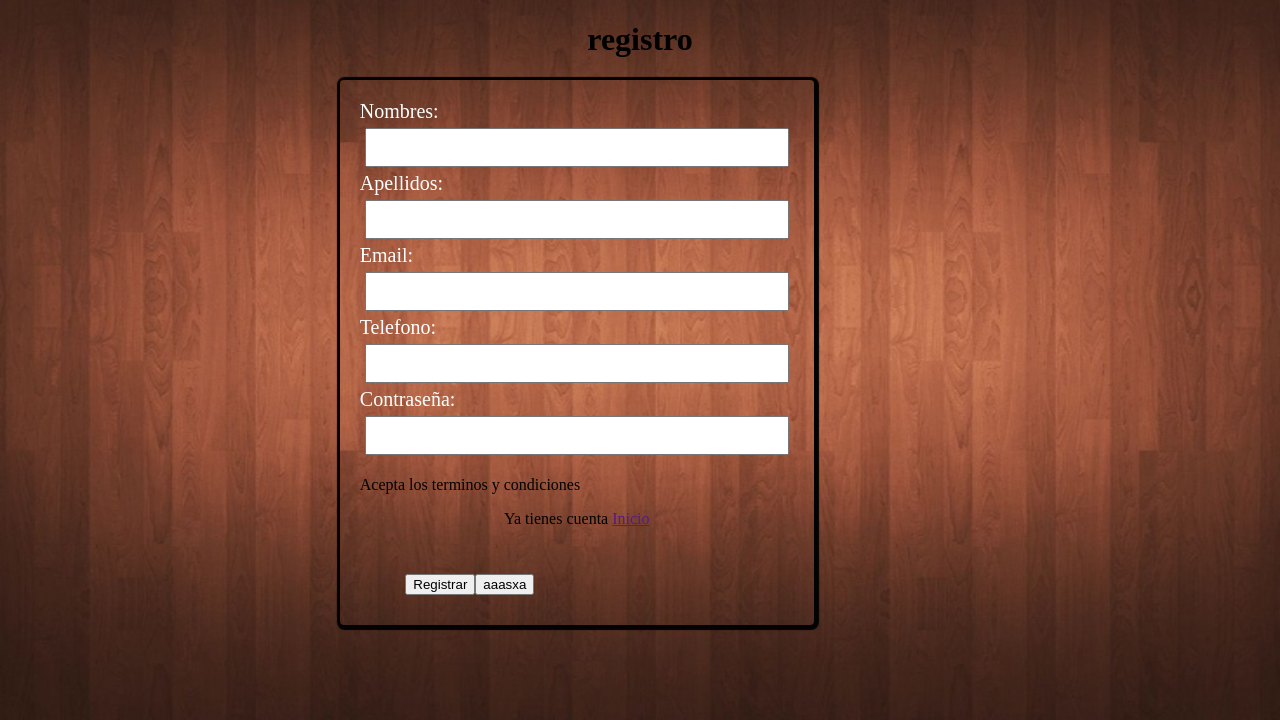
Repository: ye909/aplicacion_restaurante
Page: public/templeis/registro.html
These files come from the project's save history. The page is drawn as it stood at one moment and after the next save; the edit follows.
The browser window is 1280 px wide. The pictures show the whole page.

Above is the page before, as saved 2024-11-12 21:53:35.

After the next save:
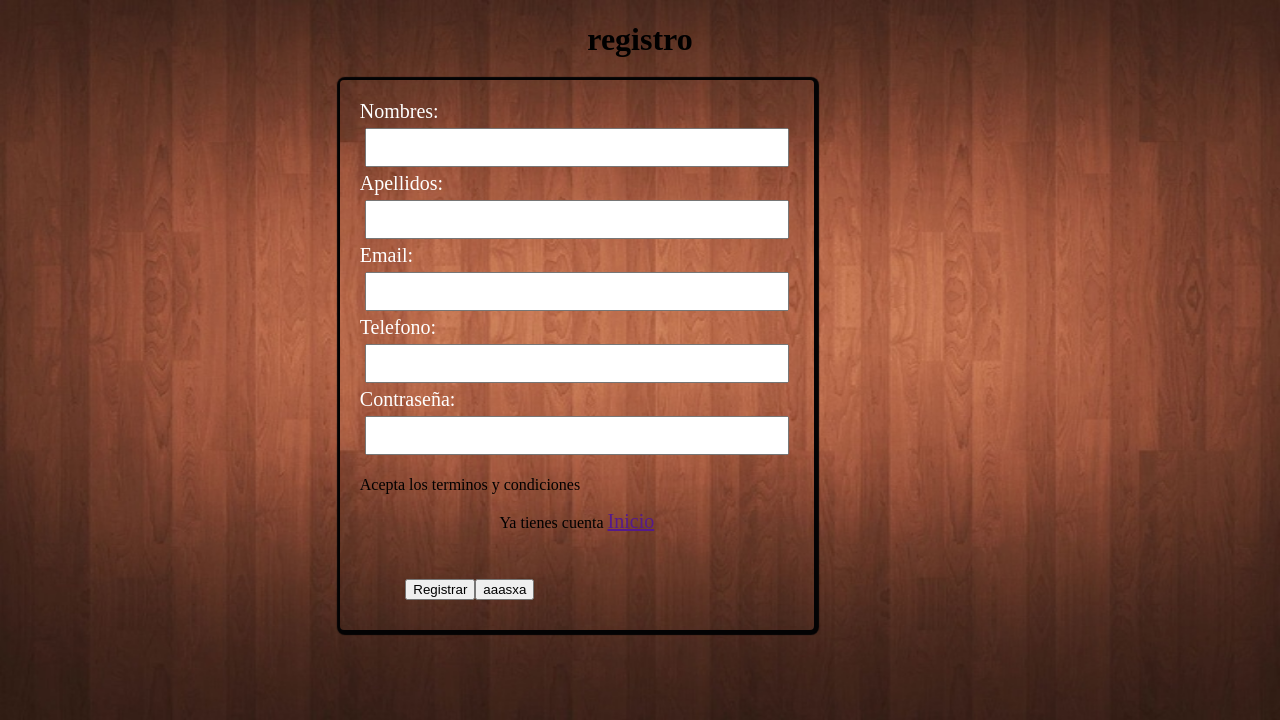
Saved 19 s later.
--- a/public/css/registro.css
+++ b/public/css/registro.css
@@ -39,7 +39,9 @@ input{
     width: 400px;
     margin: 5px;
 }
-
+a{
+   font-size: 20px;
+}
 /*
 label{
     font-size: 20px;
